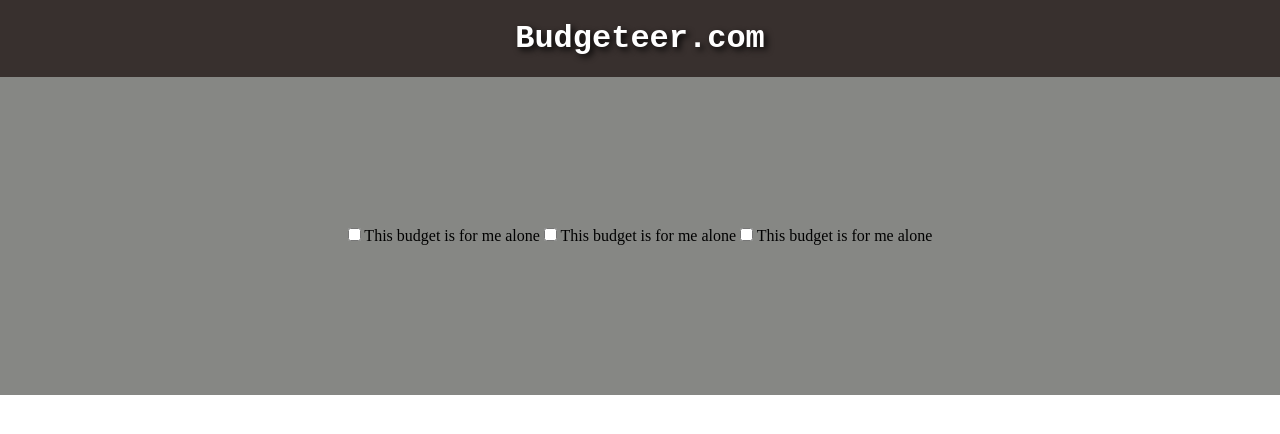
Repository: CaioNunes56/Budgeteer
Page: index.html
These files come from the project's save history. The page is drawn as it stood at one moment and after the next save; the edit follows.
The browser window is 1280 px wide. The pictures show the whole page.

Above is the page before, as saved 2025-04-26 13:46:15.

After the next save:
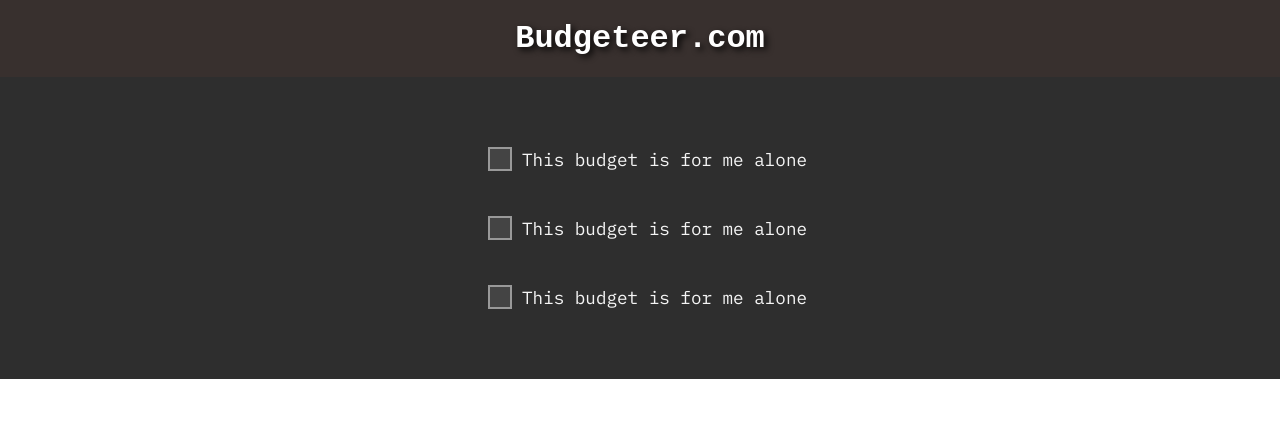
Saved 89 s later.
--- a/style.css
+++ b/style.css
@@ -38,5 +38,61 @@
     align-items: center;
     flex-grow: 1;
     padding: 150px 50px 150px 50px;
-    background-color: #868784;
+    background-color: #2E2E2E;
+    color: #F5F5F5;
+      font-family: 'IBM Plex Mono', monospace;
+      padding: 40px;
 }
+
+.basic-inputs *{
+    margin: 15px;
+}
+/*CHECKBOX STYLING*/
+label.custom-checkbox {
+    display: flex;
+    align-items: center;
+    cursor: pointer;
+    font-size: 1.1em;
+    user-select: none;
+  }
+
+  /* Hide the native checkbox */
+  .custom-checkbox input[type="checkbox"] {
+    display: none;
+  }
+
+  /* Custom checkbox style */
+  .custom-checkbox .checkmark {
+    width: 20px;
+    height: 20px;
+    background-color: #444;
+    border: 2px solid #999;
+    display: inline-block;
+    position: relative;
+    margin-right: 10px;
+    transition: background-color 0.2s, border-color 0.2s;
+  }
+
+  /* Checked state */
+  .custom-checkbox input:checked + .checkmark {
+    background-color: #4CAF50; /* Green noir check */
+    border-color: #4CAF50;
+  }
+
+  /* Checkmark icon */
+  .custom-checkbox input:checked + .checkmark::after {
+    content: "";
+    position: absolute;
+    left: 6px;
+    top: 2px;
+    width: 5px;
+    height: 10px;
+    border: solid white;
+    border-width: 0 2px 2px 0;
+    transform: rotate(45deg);
+  }
+
+  /* Optional hover effect */
+  .custom-checkbox:hover .checkmark {
+    border-color: #ccc;
+  }
